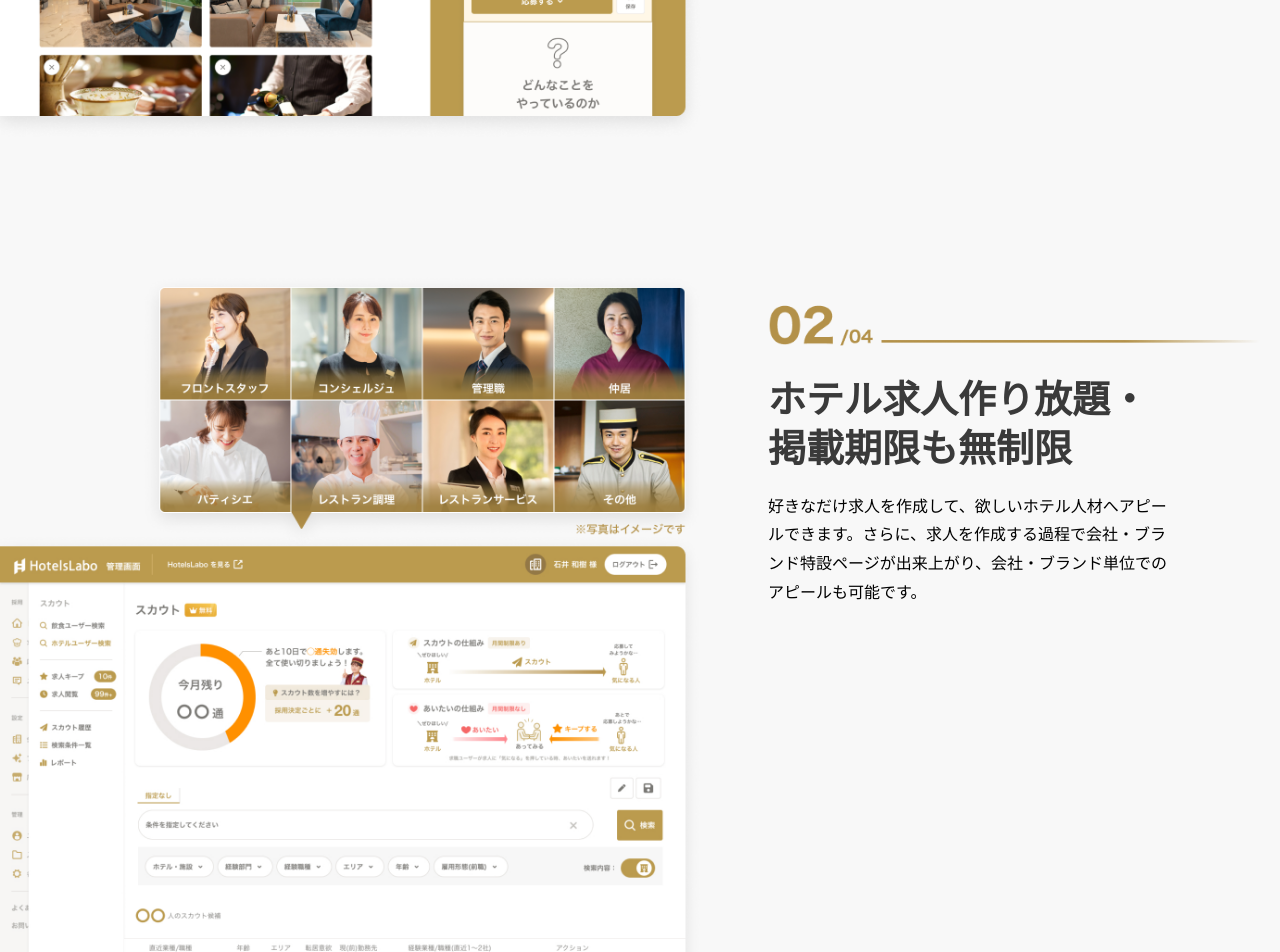
Repository: FujieRyou/to_b_lp
Page: index.html
These files come from the project's save history. The page is drawn as it stood at one moment and after the next save; the edit follows.
The browser window is 1280 px wide. The pictures show the part of the page from y = 2600 to 3552 px (the page is 3986 px tall).
A picture or video elsewhere on the page could not be fetched, so the positions and the page height are approximate.

Above is the page before, as saved 2024-03-04 19:21:20.
Not found: index.js

After the next save:
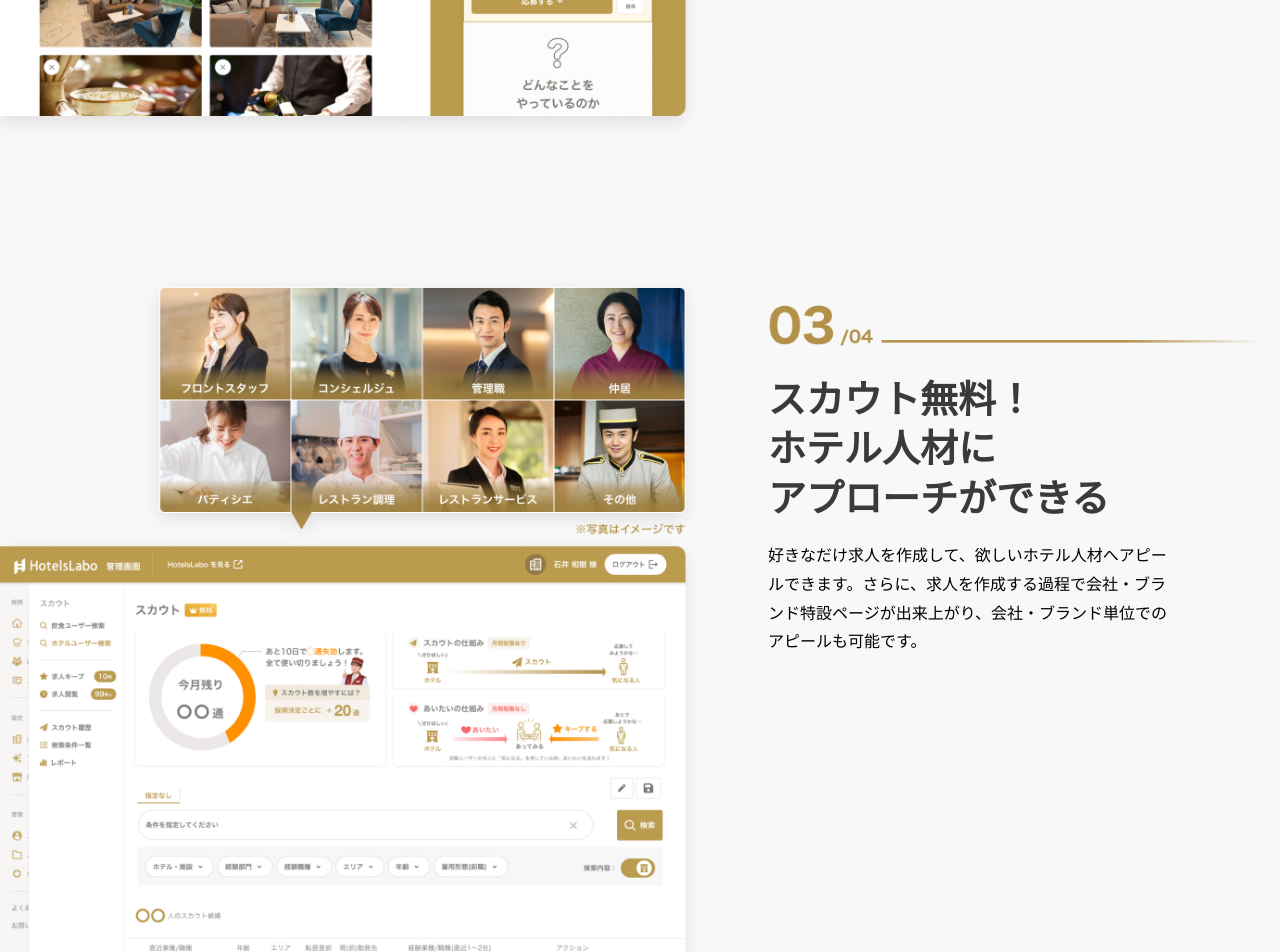
Saved 2 min 12 s later.
--- a/index.html
+++ b/index.html
@@ -124,8 +124,8 @@
                                 <img src="img/scout.png" alt="">
                             </figure>
                             <div class="performanceRewardExplanationWrap">
-                                <img src="img/reason2.png" alt="理由02/04">
-                                <h3>ホテル求人作り放題・<br>掲載期限も無制限</h3>
+                                <img src="img/reason3.png" alt="理由03/04">
+                                <h3>スカウト無料！<br>ホテル人材に<br>アプローチができる</h3>
                                 <p>好きなだけ求人を作成して、欲しいホテル人材へアピールできます。さらに、求人を作成する過程で会社・ブランド特設ページが出来上がり、会社・ブランド単位でのアピールも可能です。</p>
                             </div>
                         </div>
